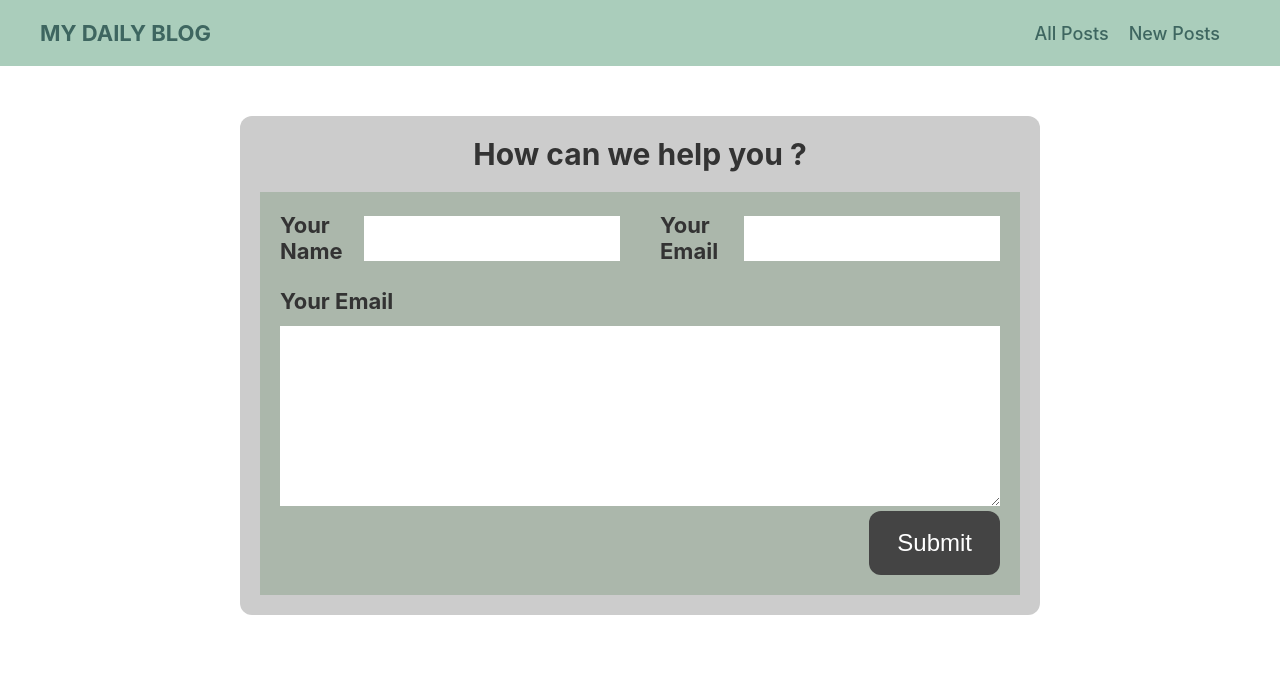
Repository: lyvandat/post-project-nextjs
Page: /new-post
An editor plug-in stored every save of this project. The page is shown before and after the next save, followed by the edit.
The browser window is 1280 px wide. The pictures show the whole page.
The project was rebuilt for these pictures with package versions that can differ from the ones it lists, and the page was loaded fresh each time. The framework's server and built-in components were replaced by stand-ins that run in the browser. Also part of the build but not shown: next.config.js.

Above is the page before, as saved 2022-09-26 18:43:02.

After the next save:
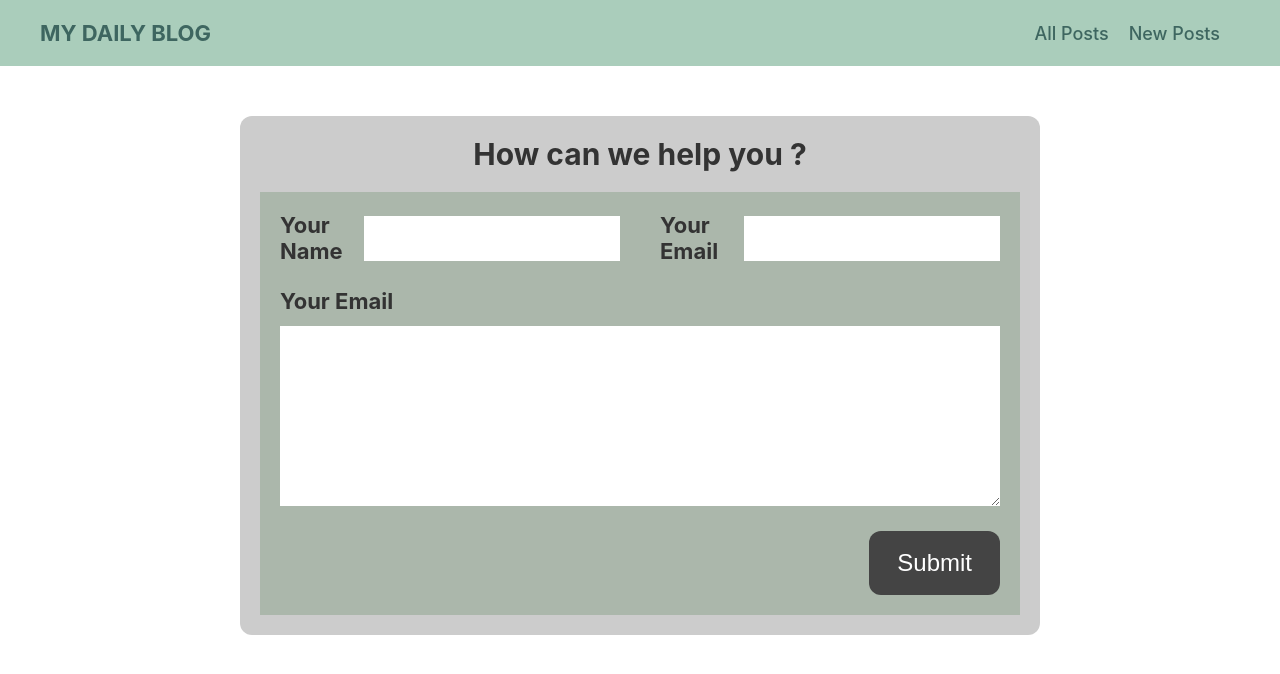
Saved 10 s later.
--- a/components/posts/NewPost.module.css
+++ b/components/posts/NewPost.module.css
@@ -58,8 +58,9 @@
   font-size: 2.4rem;
   background-color: #444;
   color: #fff;
+  border-radius: 12px;
   padding: 18px 28px;
-  border-radius: 12px;
+  margin-top: 20px;
 }
 
 .actions button:hover {
